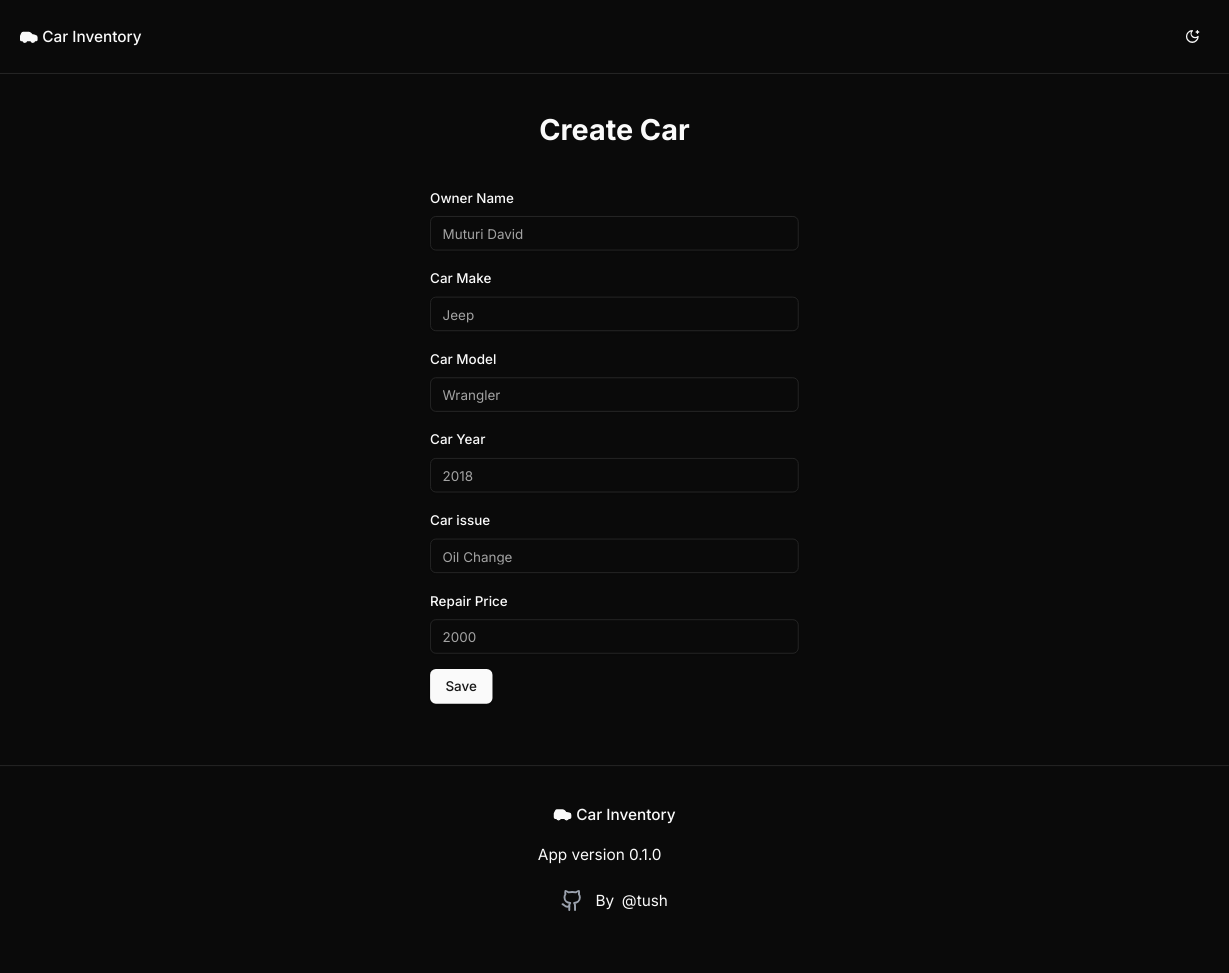
Repository: tushcmd/car-inventory
Page: /create (app in frontend/)
The author's editor kept a copy of each file at every save. The page is drawn from the files as they stood at one save, then again after the next save.
The browser window is 1280 px wide. The pictures show the whole page, at 96% of full size.
The project was rebuilt for these pictures with package versions that can differ from the ones it lists, and the page was loaded fresh each time. The framework's server and built-in components were replaced by stand-ins that run in the browser. Also part of the build but not shown: frontend/next.config.mjs.

Above is the page before, as saved 2024-05-26 00:21:24.

After the next save:
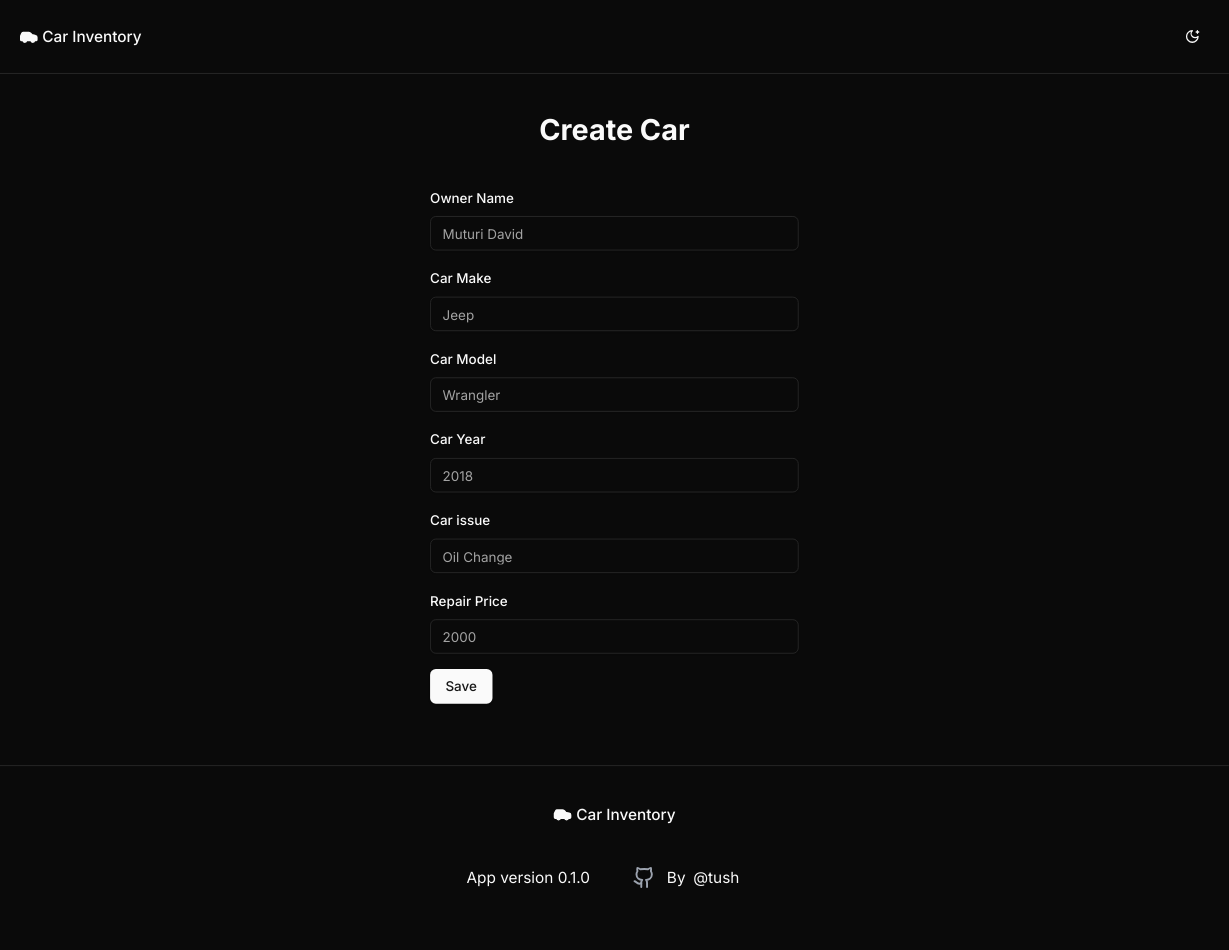
Saved 51 s later.
--- a/frontend/components/shared/Footer.tsx
+++ b/frontend/components/shared/Footer.tsx
@@ -8,7 +8,7 @@ const Footer: FC = () => {
     <footer className='border-t'>
       <div className='layout-container flex flex-col gap-5 items-center justify-center py-10'>
         <Logo />
-        <div className='flex flex-col'>
+        <div className='flex flex-row items-center justify-center gap-5'>
           <p>App version 0.1.0</p>
           <div className='inline-flex p-6 max-w-3xl gap-3'>
             <div>
